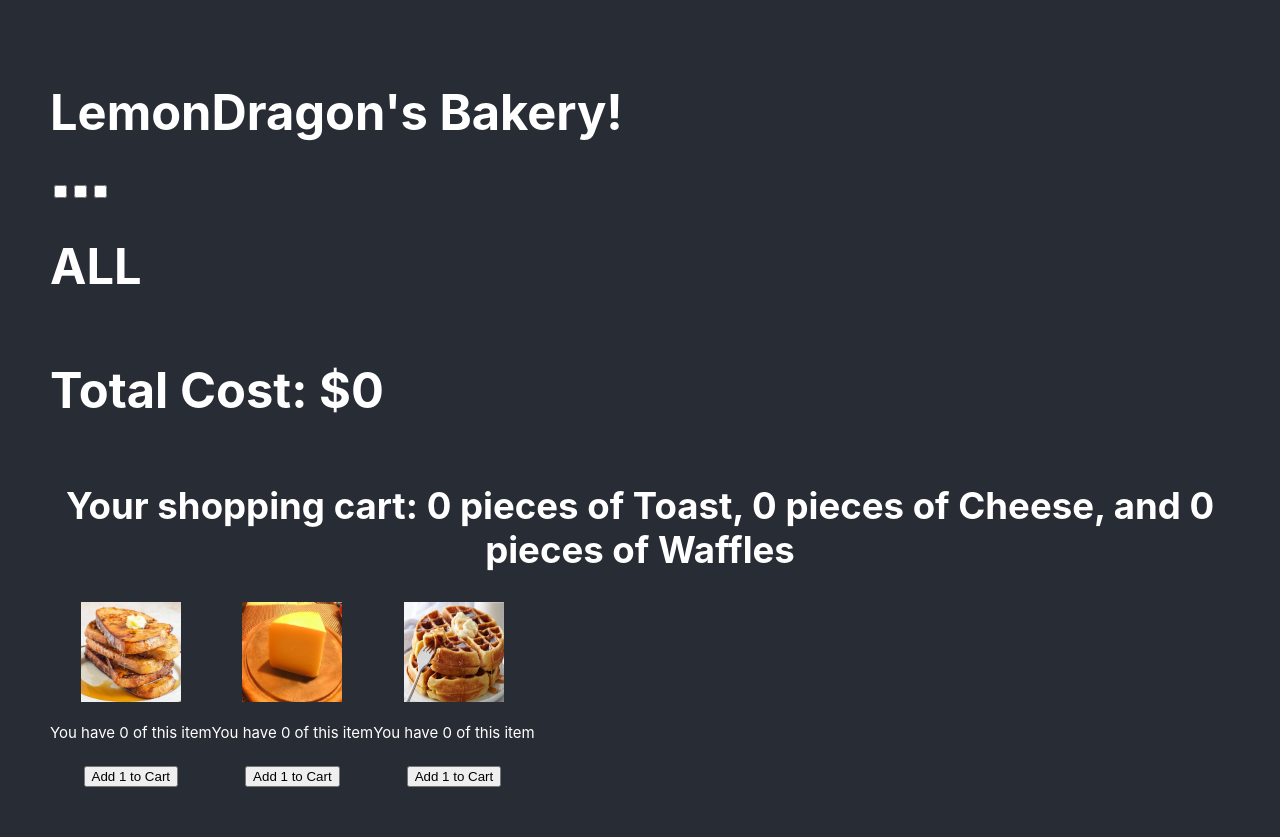
Repository: happydragon200/development
Page: /
An editor plug-in stored every save of this project. The page is shown before and after the next save, followed by the edit.
The browser window is 1280 px wide. The pictures show the whole page.
The project was rebuilt for these pictures with package versions that can differ from the ones it lists, and the page was loaded fresh each time.

Above is the page before, as saved 2022-12-02 00:42:11.

### src/App.js
import React, { useState } from 'react'
import baguette from './images/baguette.jpg'
import toast from './images/toast.png'
import cheese from './images/cheese.jpg'
import waffle from './images/waffle.jpg'
import Container from 'react-bootstrap/Container'
import Nav from 'react-bootstrap/Nav'
import Navbar from 'react-bootstrap/Navbar'
import NavDropdown from 'react-bootstrap/NavDropdown'
import './App.css'

function App() {
  return (
    <div>
      <div className="App">
        <header className="App-header">
          <h1>LemonDragon's Bakery!</h1>
          <Menu />
        </header>
      </div>
    </div>
  )
}

function FilterBar() {
  // const { p1, p2 } = props

  const [selected, changeSelected] = useState([])

  const breadButton = FilterButton(selected, changeSelected, "bread")
  const proteinButton = FilterButton(selected, changeSelected, "protein")
  const livingButton = FilterButton(selected, changeSelected, "living")

  const buttons = [breadButton, proteinButton, livingButton]



  return (
    <div>
      {buttons}
      {selected}
    </div>
  )
}

// function clickChange() {

// }

function FilterButton(props) {
  const { selected, changeSelected, tag } = props

  const clickChange = () => {
    if (tag in selected) {
      const new_selected = selected.remove(tag)
      changeSelected(new_selected)
    } else {
      const new_selected = selected.append(tag)
      changeSelected(new_selected)
    }
  }

  return (
    <input
      type="checkbox"
      id="topping"
      name="topping"
      value="Paneer"
      // checked={}
      onChange={clickChange}
    />
  )
}

function Menu() {
  const [toast_count, toast_setcount] = useState(0)
  const [cheese_count, cheese_setcount] = useState(0)
  const [waffle_count, waffle_setcount] = useState(0)

  const toast_price = 5
  const cheese_price = 10
  const waffle_price = 100

  const [type, setType] = useState('ALL')

  var foods = [
    {
      name: 'toast',
      type: 'bread',
      price: 5,
      img: { toast },
      count: { toast_count },
    },
    {
      name: 'cheese',
      type: 'protein',
      price: 10,
      img: { cheese },
      count: { cheese_count },
    },
    {
      name: 'waffle',
      type: 'bread',
      price: 100,
      img: { waffle },
      count: { waffle_count },
    },
  ]

  return (
    <>
      <FilterBar />
      <h1>{type}</h1>
      <h1>
        Total Cost: $
        {toast_count * toast_price +
          cheese_count * cheese_price +
          waffle_count * waffle_price}
      </h1>
      <h2>
        Your shopping cart: {toast_count} pieces of Toast, {cheese_count} pieces
        of Cheese, and {waffle_count} pieces of Waffles
      </h2>

      <div className="flex-parent">
        <BakeryItem
          className="inline"
          img={toast}
          count={toast_count}
          setCount={toast_setcount}
        />
        <BakeryItem
          className="inline"
          img={cheese}
          count={cheese_count}
          setCount={cheese_setcount}
        />
        <BakeryItem
          className="inline"
          img={waffle}
          count={waffle_count}
          setCount={waffle_setcount}
        />
      </div>

      {/* <FilterBar
      p1={p1}
      p2={p2}
      /> */}
    </>
  )
}

function BakeryItem(prop) {
  const { img, count, setCount } = prop

  return (
    <div>
      <img src={img} className="Item-small" />
      <p className="smull">You have {count} of this item</p>
      <button onClick={() => setCount(count + 1)}>Add 1 to Cart</button>

      {count > 0 && (
        <button onClick={() => setCount(count - 1)}>Remove 1 from Cart</button>
      )}
    </div>
  )
}

export default App

### src/App.css
.App {
  text-align: center;
}

.App-logo {
  height: 40vmin;
  pointer-events: none;
}

@media (prefers-reduced-motion: no-preference) {
  .App-logo {
    animation: App-logo-spin infinite 20s linear;
  }
}

.App-header {
  background-color: #282c34;
  min-height: 100vh;
  display: flex;
  flex-direction: column;
  align-items: flex-start;
  justify-content: flex-start;
  font-size: calc(10px + 2vmin);
  padding: 50px 50px 50px 50px;
  color: white;
}

.App-link {
  color: #61dafb;
}

.Item-small {
  height: 100px;
  width: 100px;
}

.inline {
  justify-content: space-around;
}

.flex-parent {
  display: flex;
  justify-content: space-around;

}

.smull {
  font-size: 15px;
}

@keyframes App-logo-spin {
  from {
    transform: rotate(0deg);
  }
  to {
    transform: rotate(360deg);
  }
}

Loaded but not shown: public/index.html (common file); src/index.js (common file); src/index.css (common file)

After the next save:
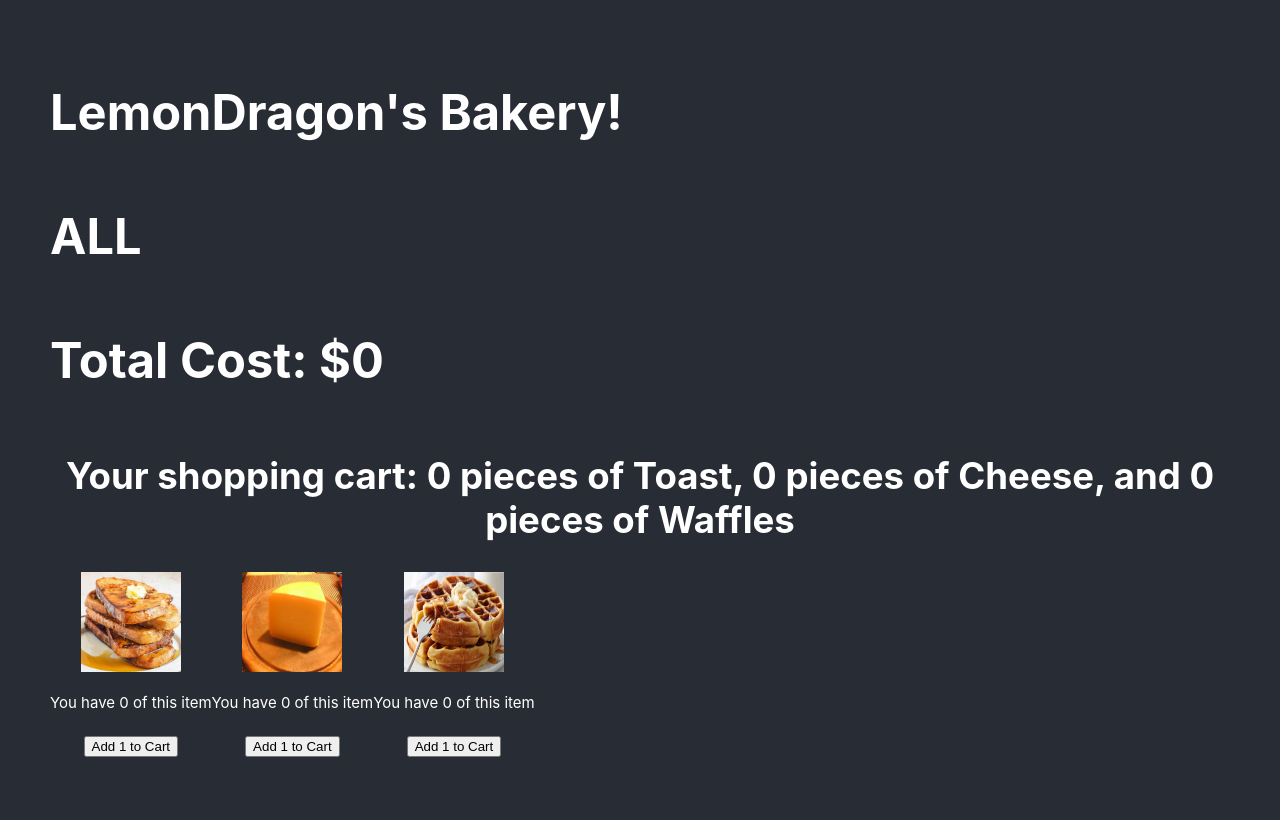
Saved 17 s later.
--- a/src/App.js
+++ b/src/App.js
@@ -109,7 +109,7 @@
 
   return (
     <>
-      <FilterBar />
+      {/* <FilterBar /> */}
       <h1>{type}</h1>
       <h1>
         Total Cost: $

After the save that followed:
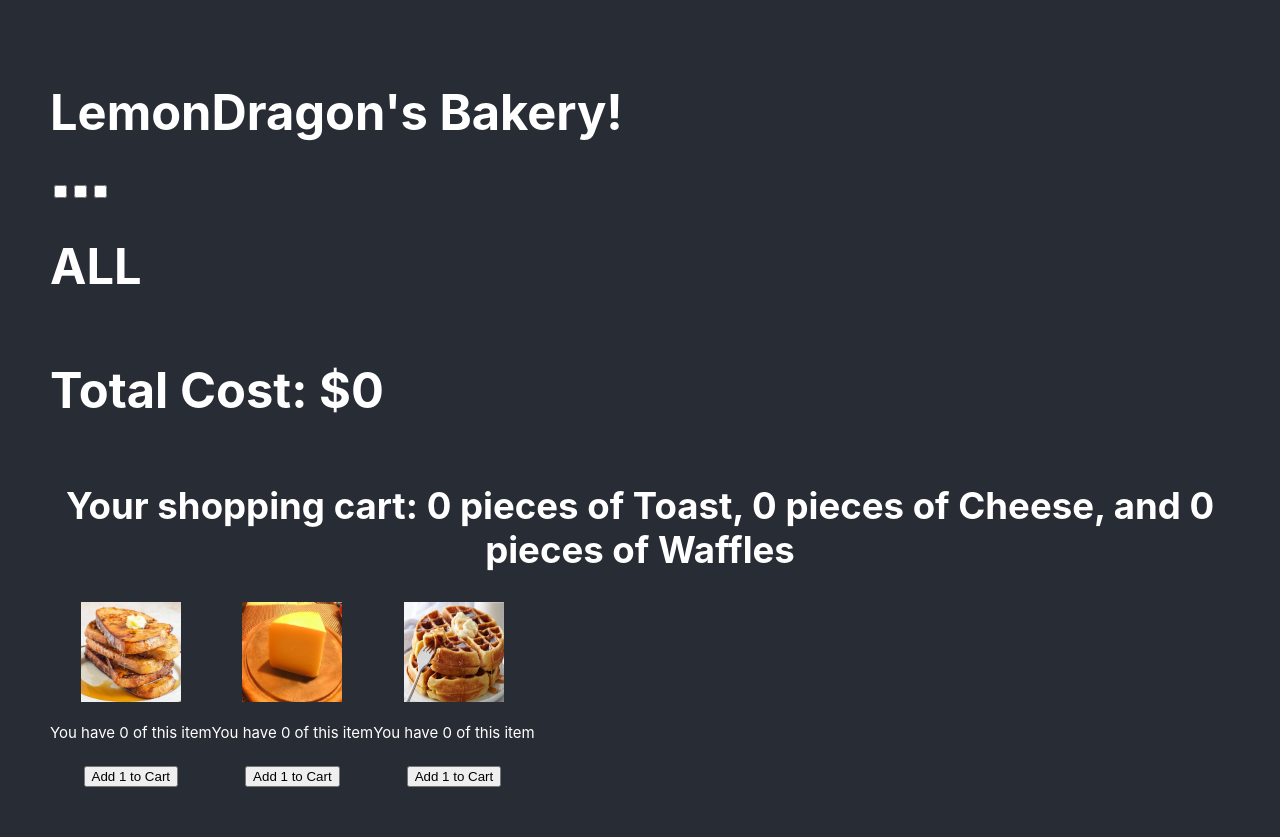
Saved 5 s later.
--- a/src/App.js
+++ b/src/App.js
@@ -109,7 +109,7 @@
 
   return (
     <>
-      {/* <FilterBar /> */}
+      <FilterBar />
       <h1>{type}</h1>
       <h1>
         Total Cost: $
